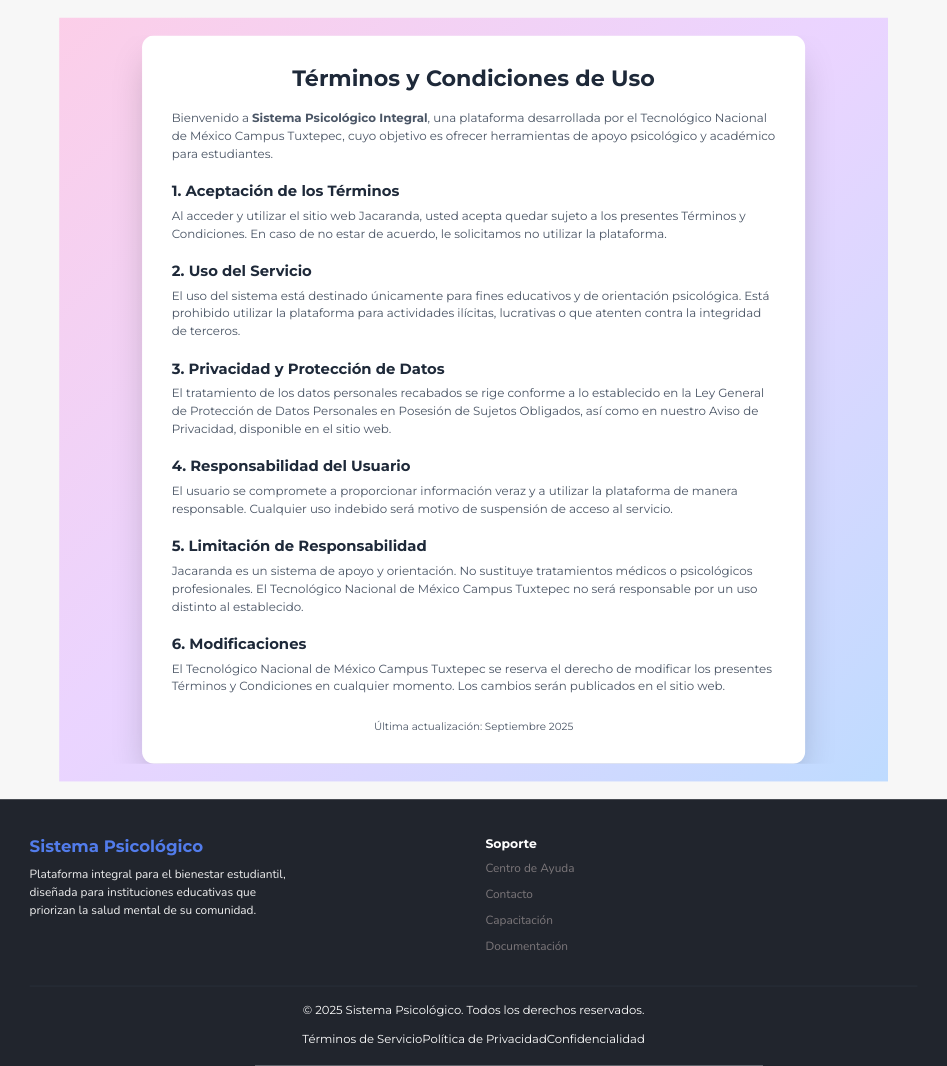
Repository: moon1710/SistemaPsico
Page: /terminos (app in client/)
These files come from the project's save history. The page is drawn as it stood at one moment and after the next save; the edit follows.
The browser window is 1280 px wide. The pictures show the whole page, at 74% of full size.
The project was rebuilt for these pictures with package versions that can differ from the ones it lists, and the page was loaded fresh each time. Also part of the build but not shown: client/vite.config.js, client/src/components/onboarding/onboardingConfig.js, client/src/components/onboarding/TutorialSteps.jsx, client/src/components/onboarding/WelcomeForm.jsx, client/src/components/onboarding/OnboardingModal.jsx, client/src/components/layout/AdaptiveSidebar/sidebarConfig.jsx, client/src/components/layout/AdaptiveSidebar/MenuItem.jsx, client/src/components/layout/AdaptiveSidebar/SidebarHeader.jsx and 40 more.

Above is the page before, as saved 2025-09-22 15:34:22.

After the next save:
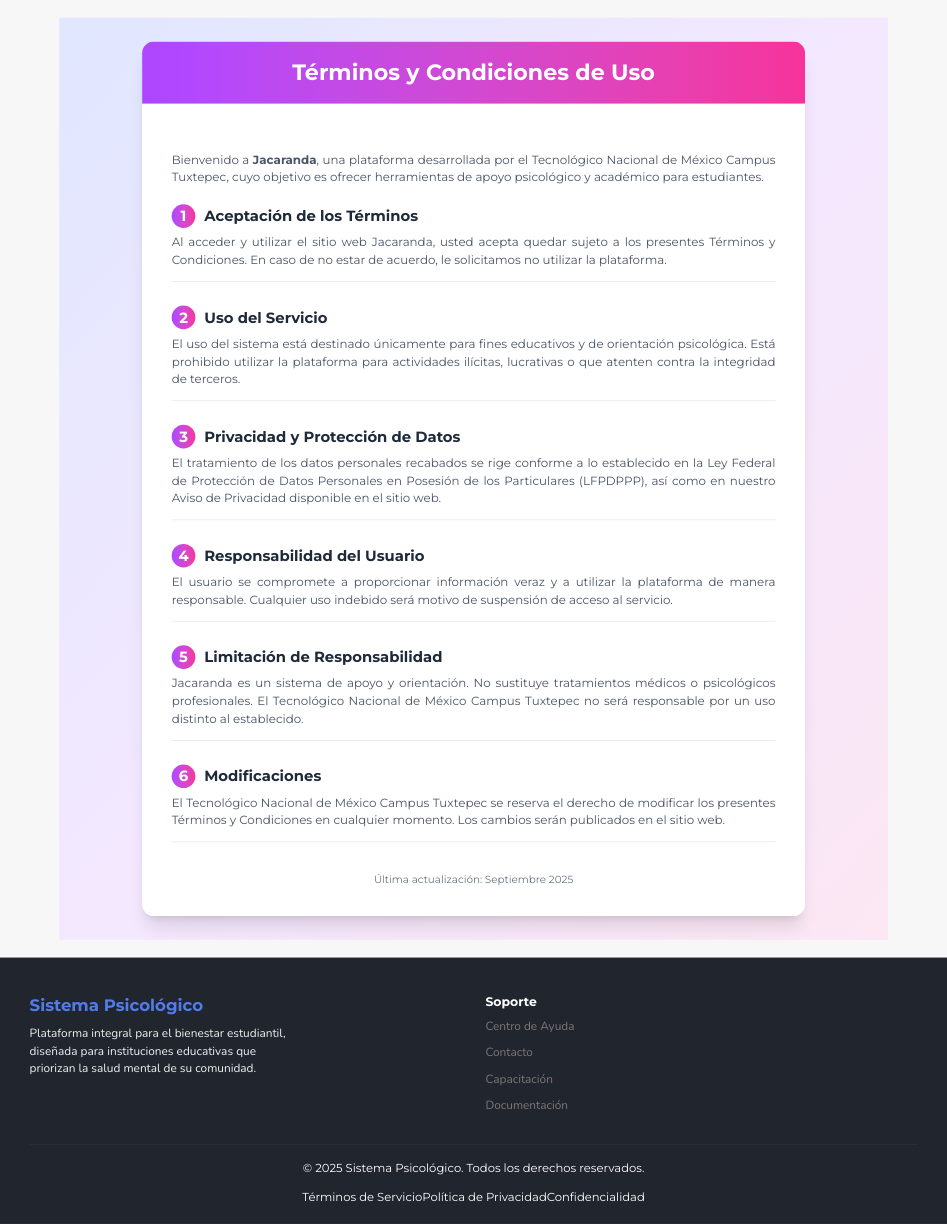
Saved 6 min 58 s later.
--- a/client/src/pages/TerminosPage.jsx
+++ b/client/src/pages/TerminosPage.jsx
@@ -5,82 +5,79 @@
 
 
   return (
+     <div className="min-h-screen w-full bg-gradient-to-br from-indigo-100 via-purple-100 to-pink-100 p-8 flex items-center justify-center">
+      <div className="max-w-4xl w-full bg-white shadow-xl rounded-2xl overflow-hidden">
+        {/* Encabezado con barra de color */}
+        <div className="bg-gradient-to-r from-purple-500 to-pink-500 p-6">
+          <h1 className="text-3xl font-bold text-white text-center">
+            Términos y Condiciones de Uso
+          </h1>
+        </div>
 
-      <div className="min-h-screen flex items-center justify-center bg-gradient-to-br from-pink-200 via-purple-200 to-blue-200 p-6">
-        <section className="hero-section">
-      <div className="bg-white shadow-2xl rounded-2xl max-w-4xl w-full p-10 overflow-y-auto">
-        <h1 className="text-3xl font-bold text-center text-gray-800 mb-6">
-          Términos y Condiciones de Uso
-        </h1>
+        {/* Contenido */}
+        <div className="p-10">
+          <p className="text-sm text-gray-500 mb-6">
+          </p>
 
-        <p className="text-gray-600 mb-4">
-          Bienvenido a <strong>Sistema Psicológico Integral</strong>, una plataforma desarrollada
-          por el Tecnológico Nacional de México Campus Tuxtepec, cuyo objetivo
-          es ofrecer herramientas de apoyo psicológico y académico para
-          estudiantes.
-        </p>
-        <h2 className="text-xl font-semibold text-gray-800 mt-6 mb-2">
-          1. Aceptación de los Términos
-        </h2>
-        <p className="text-gray-600 mb-4">
-          Al acceder y utilizar el sitio web Jacaranda, usted acepta quedar
-          sujeto a los presentes Términos y Condiciones. En caso de no estar de
-          acuerdo, le solicitamos no utilizar la plataforma.
-        </p>
+          <p className="text-gray-600 mb-6 text-justify">
+            Bienvenido a <strong>Jacaranda</strong>, una plataforma desarrollada
+            por el Tecnológico Nacional de México Campus Tuxtepec, cuyo objetivo
+            es ofrecer herramientas de apoyo psicológico y académico para
+            estudiantes.
+          </p>
 
-        <h2 className="text-xl font-semibold text-gray-800 mt-6 mb-2">
-          2. Uso del Servicio
-        </h2>
-        <p className="text-gray-600 mb-4">
-          El uso del sistema está destinado únicamente para fines educativos y
-          de orientación psicológica. Está prohibido utilizar la plataforma para
-          actividades ilícitas, lucrativas o que atenten contra la integridad de
-          terceros.
-        </p>
+          {/* Secciones */}
+          <Section
+            number="1"
+            title="Aceptación de los Términos"
+            text="Al acceder y utilizar el sitio web Jacaranda, usted acepta quedar sujeto a los presentes Términos y Condiciones. En caso de no estar de acuerdo, le solicitamos no utilizar la plataforma."
+          />
+          <Section
+            number="2"
+            title="Uso del Servicio"
+            text="El uso del sistema está destinado únicamente para fines educativos y de orientación psicológica. Está prohibido utilizar la plataforma para actividades ilícitas, lucrativas o que atenten contra la integridad de terceros."
+          />
+          <Section
+            number="3"
+            title="Privacidad y Protección de Datos"
+            text="El tratamiento de los datos personales recabados se rige conforme a lo establecido en la Ley Federal de Protección de Datos Personales en Posesión de los Particulares (LFPDPPP), así como en nuestro Aviso de Privacidad disponible en el sitio web."
+          />
+          <Section
+            number="4"
+            title="Responsabilidad del Usuario"
+            text="El usuario se compromete a proporcionar información veraz y a utilizar la plataforma de manera responsable. Cualquier uso indebido será motivo de suspensión de acceso al servicio."
+          />
+          <Section
+            number="5"
+            title="Limitación de Responsabilidad"
+            text="Jacaranda es un sistema de apoyo y orientación. No sustituye tratamientos médicos o psicológicos profesionales. El Tecnológico Nacional de México Campus Tuxtepec no será responsable por un uso distinto al establecido."
+          />
+          <Section
+            number="6"
+            title="Modificaciones"
+            text="El Tecnológico Nacional de México Campus Tuxtepec se reserva el derecho de modificar los presentes Términos y Condiciones en cualquier momento. Los cambios serán publicados en el sitio web."
+          />
 
-        <h2 className="text-xl font-semibold text-gray-800 mt-6 mb-2">
-          3. Privacidad y Protección de Datos
-        </h2>
-        <p className="text-gray-600 mb-4">
-          El tratamiento de los datos personales recabados se rige conforme a
-          lo establecido en la Ley General de Protección de Datos Personales en
-          Posesión de Sujetos Obligados, así como en nuestro Aviso de
-          Privacidad, disponible en el sitio web.
-        </p>
-
-        <h2 className="text-xl font-semibold text-gray-800 mt-6 mb-2">
-          4. Responsabilidad del Usuario
-        </h2>
-        <p className="text-gray-600 mb-4">
-          El usuario se compromete a proporcionar información veraz y a utilizar
-          la plataforma de manera responsable. Cualquier uso indebido será
-          motivo de suspensión de acceso al servicio.
-        </p>
-
-        <h2 className="text-xl font-semibold text-gray-800 mt-6 mb-2">
-          5. Limitación de Responsabilidad
-        </h2>
-        <p className="text-gray-600 mb-4">
-          Jacaranda es un sistema de apoyo y orientación. No sustituye
-          tratamientos médicos o psicológicos profesionales. El Tecnológico
-          Nacional de México Campus Tuxtepec no será responsable por un uso
-          distinto al establecido.
-        </p>
-
-        <h2 className="text-xl font-semibold text-gray-800 mt-6 mb-2">
-          6. Modificaciones
-        </h2>
-        <p className="text-gray-600 mb-4">
-          El Tecnológico Nacional de México Campus Tuxtepec se reserva el
-          derecho de modificar los presentes Términos y Condiciones en cualquier
-          momento. Los cambios serán publicados en el sitio web.
-        </p>
-
-        <p className="text-gray-600 mt-8 text-sm text-center">
-          Última actualización: Septiembre 2025
-        </p>
+          <p className="text-gray-500 text-center text-sm mt-10">
+            Última actualización: Septiembre 2025
+          </p>
+        </div>
       </div>
-      </section>
     </div>
   );
 }
+
+function Section({ number, title, text }) {
+  return (
+    <div className="mb-8">
+      <h2 className="flex items-center text-xl font-semibold text-gray-800 mb-2">
+        <span className="flex items-center justify-center w-8 h-8 mr-3 rounded-full bg-gradient-to-r from-purple-500 to-pink-500 text-white font-bold">
+          {number}
+        </span>
+        {title}
+      </h2>
+      <p className="text-gray-600 text-justify">{text}</p>
+      <div className="border-b border-gray-200 mt-4"></div>
+    </div>
+  );
+}

After the 2 saves that followed:
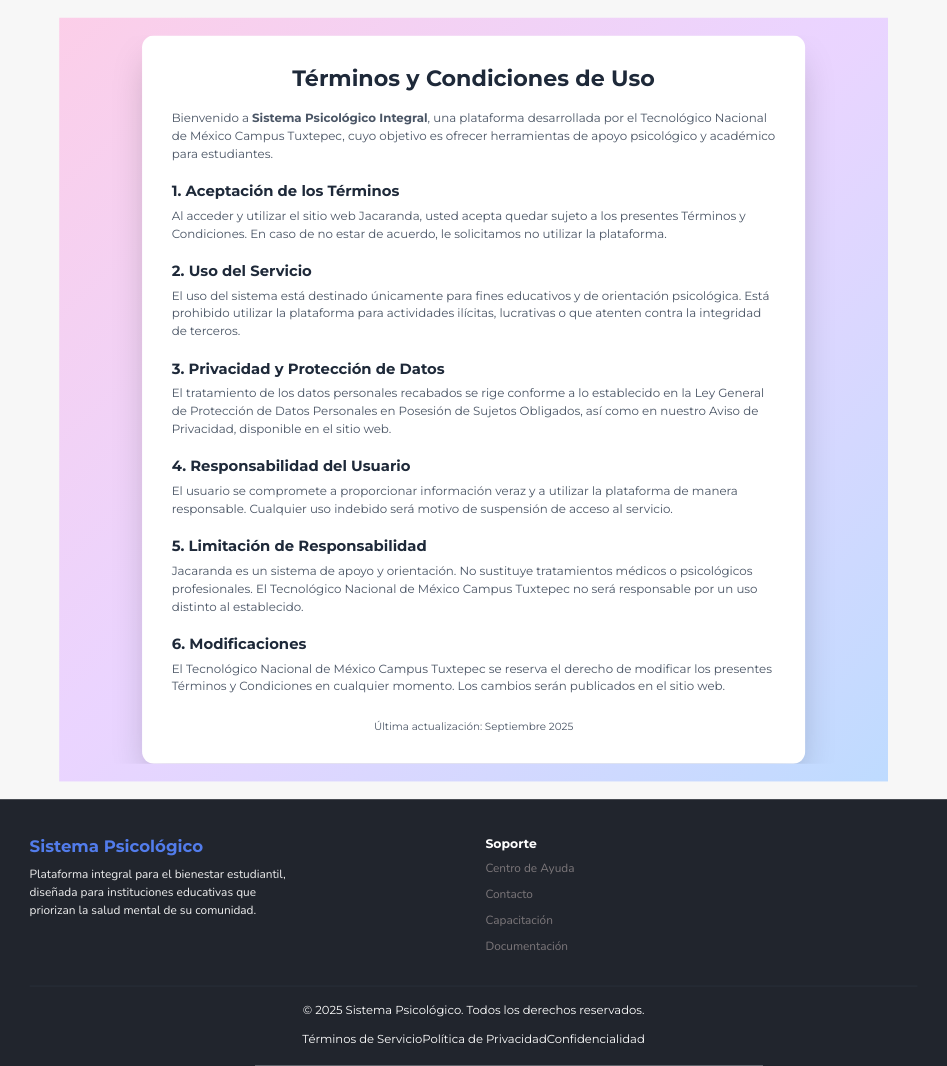
The 2 saves are shown as one change because 1 left the picture as it was.
The last was saved 44 s later.
--- a/client/src/pages/TerminosPage.jsx
+++ b/client/src/pages/TerminosPage.jsx
@@ -5,79 +5,82 @@
 
 
   return (
-     <div className="min-h-screen w-full bg-gradient-to-br from-indigo-100 via-purple-100 to-pink-100 p-8 flex items-center justify-center">
-      <div className="max-w-4xl w-full bg-white shadow-xl rounded-2xl overflow-hidden">
-        {/* Encabezado con barra de color */}
-        <div className="bg-gradient-to-r from-purple-500 to-pink-500 p-6">
-          <h1 className="text-3xl font-bold text-white text-center">
-            Términos y Condiciones de Uso
-          </h1>
-        </div>
 
-        {/* Contenido */}
-        <div className="p-10">
-          <p className="text-sm text-gray-500 mb-6">
-          </p>
+      <div className="min-h-screen flex items-center justify-center bg-gradient-to-br from-pink-200 via-purple-200 to-blue-200 p-6">
+        <section className="hero-section">
+      <div className="bg-white shadow-2xl rounded-2xl max-w-4xl w-full p-10 overflow-y-auto">
+        <h1 className="text-3xl font-bold text-center text-gray-800 mb-6">
+          Términos y Condiciones de Uso
+        </h1>
 
-          <p className="text-gray-600 mb-6 text-justify">
-            Bienvenido a <strong>Jacaranda</strong>, una plataforma desarrollada
-            por el Tecnológico Nacional de México Campus Tuxtepec, cuyo objetivo
-            es ofrecer herramientas de apoyo psicológico y académico para
-            estudiantes.
-          </p>
+        <p className="text-gray-600 mb-4">
+          Bienvenido a <strong>Sistema Psicológico Integral</strong>, una plataforma desarrollada
+          por el Tecnológico Nacional de México Campus Tuxtepec, cuyo objetivo
+          es ofrecer herramientas de apoyo psicológico y académico para
+          estudiantes.
+        </p>
+        <h2 className="text-xl font-semibold text-gray-800 mt-6 mb-2">
+          1. Aceptación de los Términos
+        </h2>
+        <p className="text-gray-600 mb-4">
+          Al acceder y utilizar el sitio web Jacaranda, usted acepta quedar
+          sujeto a los presentes Términos y Condiciones. En caso de no estar de
+          acuerdo, le solicitamos no utilizar la plataforma.
+        </p>
 
-          {/* Secciones */}
-          <Section
-            number="1"
-            title="Aceptación de los Términos"
-            text="Al acceder y utilizar el sitio web Jacaranda, usted acepta quedar sujeto a los presentes Términos y Condiciones. En caso de no estar de acuerdo, le solicitamos no utilizar la plataforma."
-          />
-          <Section
-            number="2"
-            title="Uso del Servicio"
-            text="El uso del sistema está destinado únicamente para fines educativos y de orientación psicológica. Está prohibido utilizar la plataforma para actividades ilícitas, lucrativas o que atenten contra la integridad de terceros."
-          />
-          <Section
-            number="3"
-            title="Privacidad y Protección de Datos"
-            text="El tratamiento de los datos personales recabados se rige conforme a lo establecido en la Ley Federal de Protección de Datos Personales en Posesión de los Particulares (LFPDPPP), así como en nuestro Aviso de Privacidad disponible en el sitio web."
-          />
-          <Section
-            number="4"
-            title="Responsabilidad del Usuario"
-            text="El usuario se compromete a proporcionar información veraz y a utilizar la plataforma de manera responsable. Cualquier uso indebido será motivo de suspensión de acceso al servicio."
-          />
-          <Section
-            number="5"
-            title="Limitación de Responsabilidad"
-            text="Jacaranda es un sistema de apoyo y orientación. No sustituye tratamientos médicos o psicológicos profesionales. El Tecnológico Nacional de México Campus Tuxtepec no será responsable por un uso distinto al establecido."
-          />
-          <Section
-            number="6"
-            title="Modificaciones"
-            text="El Tecnológico Nacional de México Campus Tuxtepec se reserva el derecho de modificar los presentes Términos y Condiciones en cualquier momento. Los cambios serán publicados en el sitio web."
-          />
+        <h2 className="text-xl font-semibold text-gray-800 mt-6 mb-2">
+          2. Uso del Servicio
+        </h2>
+        <p className="text-gray-600 mb-4">
+          El uso del sistema está destinado únicamente para fines educativos y
+          de orientación psicológica. Está prohibido utilizar la plataforma para
+          actividades ilícitas, lucrativas o que atenten contra la integridad de
+          terceros.
+        </p>
 
-          <p className="text-gray-500 text-center text-sm mt-10">
-            Última actualización: Septiembre 2025
-          </p>
-        </div>
+        <h2 className="text-xl font-semibold text-gray-800 mt-6 mb-2">
+          3. Privacidad y Protección de Datos
+        </h2>
+        <p className="text-gray-600 mb-4">
+          El tratamiento de los datos personales recabados se rige conforme a
+          lo establecido en la Ley General de Protección de Datos Personales en
+          Posesión de Sujetos Obligados, así como en nuestro Aviso de
+          Privacidad, disponible en el sitio web.
+        </p>
+
+        <h2 className="text-xl font-semibold text-gray-800 mt-6 mb-2">
+          4. Responsabilidad del Usuario
+        </h2>
+        <p className="text-gray-600 mb-4">
+          El usuario se compromete a proporcionar información veraz y a utilizar
+          la plataforma de manera responsable. Cualquier uso indebido será
+          motivo de suspensión de acceso al servicio.
+        </p>
+
+        <h2 className="text-xl font-semibold text-gray-800 mt-6 mb-2">
+          5. Limitación de Responsabilidad
+        </h2>
+        <p className="text-gray-600 mb-4">
+          Jacaranda es un sistema de apoyo y orientación. No sustituye
+          tratamientos médicos o psicológicos profesionales. El Tecnológico
+          Nacional de México Campus Tuxtepec no será responsable por un uso
+          distinto al establecido.
+        </p>
+
+        <h2 className="text-xl font-semibold text-gray-800 mt-6 mb-2">
+          6. Modificaciones
+        </h2>
+        <p className="text-gray-600 mb-4">
+          El Tecnológico Nacional de México Campus Tuxtepec se reserva el
+          derecho de modificar los presentes Términos y Condiciones en cualquier
+          momento. Los cambios serán publicados en el sitio web.
+        </p>
+
+        <p className="text-gray-600 mt-8 text-sm text-center">
+          Última actualización: Septiembre 2025
+        </p>
       </div>
+      </section>
     </div>
   );
 }
-
-function Section({ number, title, text }) {
-  return (
-    <div className="mb-8">
-      <h2 className="flex items-center text-xl font-semibold text-gray-800 mb-2">
-        <span className="flex items-center justify-center w-8 h-8 mr-3 rounded-full bg-gradient-to-r from-purple-500 to-pink-500 text-white font-bold">
-          {number}
-        </span>
-        {title}
-      </h2>
-      <p className="text-gray-600 text-justify">{text}</p>
-      <div className="border-b border-gray-200 mt-4"></div>
-    </div>
-  );
-}
